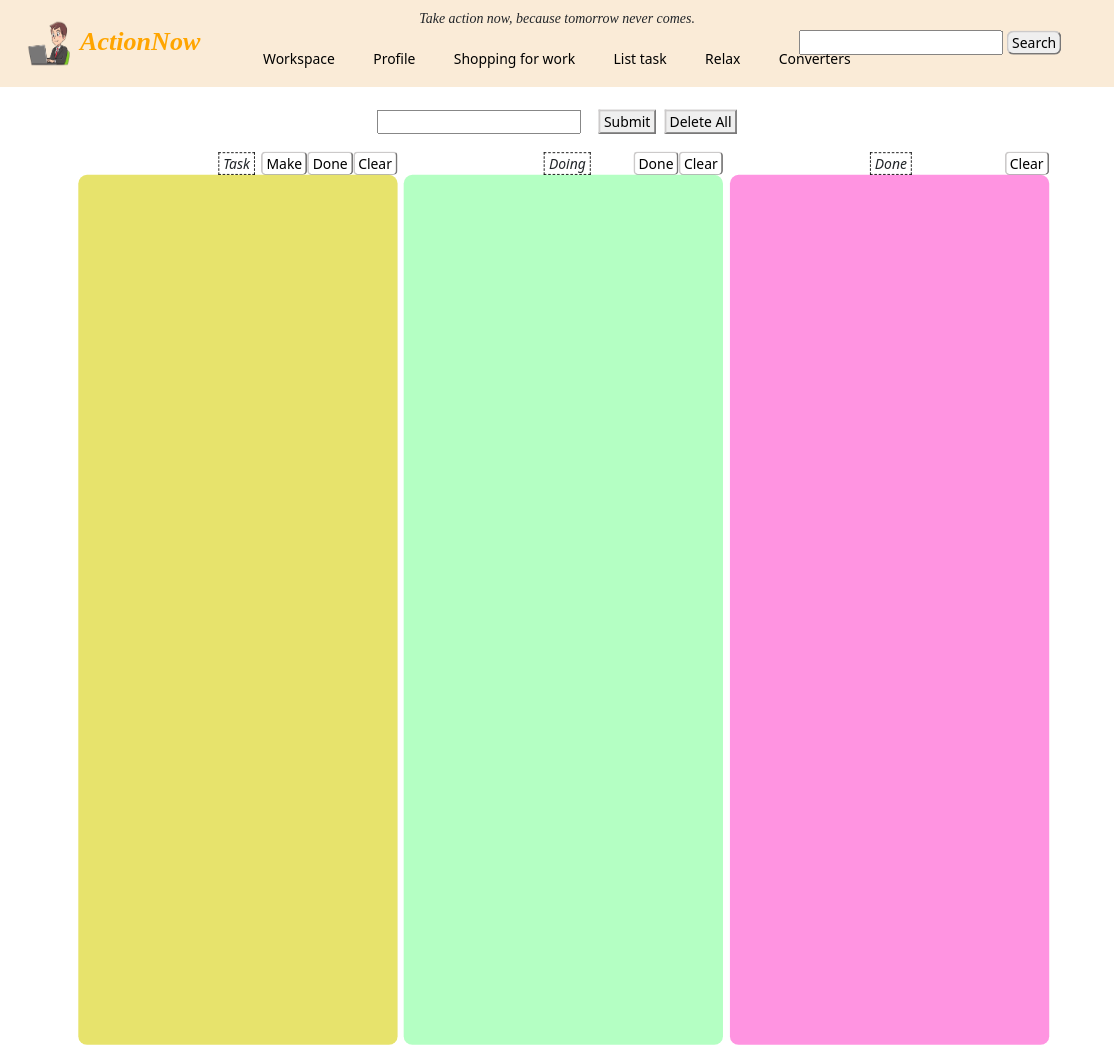
Repository: huavantinh/todo
Page: index.html
The author's editor kept a copy of each file at every save. The page is drawn from the files as they stood at one save, then again after the next save.
The browser window is 1280 px wide. The pictures show the whole page, at 87% of full size.

Above is the page before, as saved 2023-04-18 16:47:05.

### index.html
<!DOCTYPE html>
<html lang="en">

<head>
  <meta charset="UTF-8" />
  <meta http-equiv="X-UA-Compatible" content="IE=edge" />
  <meta name="viewport" content="width=device-width, initial-scale=1.0" />
  <title>Document</title>
  <link rel="stylesheet" href="./css/style.css" />
  <link rel="stylesheet" href="https://cdn.jsdelivr.net/npm/bootstrap@5.2.3/dist/css/bootstrap.min.css"
    integrity="sha384-rbsA2VBKQhggwzxH7pPCaAqO46MgnOM80zW1RWuH61DGLwZJEdK2Kadq2F9CUG65" crossorigin="anonymous" />
</head>

<body>
  <nav class="nav-bar navbar navbar-default">
    <div class="container-fluid">
      <div class="brand">
        <!-- line1top -->
        <img src="./css/img/logo-brand.png" alt="Brand" />
        <i id="i1">ActionNow</i>
        <i id="i2">Take action now, because tomorrow never comes.</i>
        <!-- search  -->
        <div class="search-box">
          <input type="text" />
          <button>Search</button>
        </div>
      </div>
      <!-- menu  -->
      <div class="nav-menu">
        <div class="list-menu">
          <a href="">Workspace</a>
          <a href="">Profile</a>
          <a href="">Shopping for work</a>
          <a href="">List task</a>
          <a href="">Relax</a>
          <a href="">Converters</a>
        </div>
      </div>
    </div>
  </nav>
  <div>

    <div class="container">
      <div class="add">
        <div class="box-add">
          <div class="input-box">
            <input id="input-sub" type="text" />
            <span style="
                  color: #656966;
                  font-size: 10px;
                  position: absolute;
                  bottom: 0;
                  right: 0;
                " class="message" id="new-task-message">Please enter new task!</span>
          </div>

          <button class="submit-bt" id="button-submit" onclick="submit()">Submit</button>
          <button  class="deleteall" id="delete" onclick="deleteAll()">Delete All</button>
          <!-- <button class="checkall" id="checkall" onclick="checkAll(this)">Check All</button> -->
          <!-- <button class="uncheckall" id="uncheckall" onclick="unCheckAll(this)">
            UnCheck All
          </button> -->
        </div>
      </div>
      <div class="table">
        <div class="tasklist col-list">
          <div class="linetitle linetasktitle">
            <i class="title" id="i1"> Task </i>
          <button id="makeall">Make</button>
          <button id="doneall1">Done</button>
          <button id="clear1">Clear</button>
          </div>
          <div id="products" class="col-item col-1"></div>
        </div>

        <div class="doinglist col-list">
          <div class="linetitle linedoingtitle">
            <i class="title" id="i2">Doing</i>
          <button id="doneall2">Done</button>
          <button id="clear2">Clear</button>
          </div>

          <div id="idoing" class="col-item col-2"></div>
        </div>

        <div class="donelist col-list">
          <div class="linetitle linedonetitle">
            <i class="title" id="i3">Done</i>
          <button id="clear3">Clear</button>
          </div>
          <div id="idone" class="col-item col-3"></div>
        </div>

      </div>
    </div>
  </div>
  </div>

  <script src="https://code.jquery.com/jquery-3.6.4.min.js"
    integrity="sha256-oP6HI9z1XaZNBrJURtCoUT5SUnxFr8s3BzRl+cbzUq8=" crossorigin="anonymous"></script>
  <script type="text/javascript" src="https://cdn.jsdelivr.net/npm/bootstrap@5.2.3/dist/js/bootstrap.min.js"></script>
  <script src="./app.js"></script>
</body>

</html>

### css/style.css
    /* resetcss */
    *{
        padding: 0;
        margin: 0;
    }

    button {
        border-radius: 5px;
        border-color: #cccaca;
        padding: 0 4px;
    }

    /* Nav */
    .container-fluid{
        position: fixed;
        top: 0;
        left: 0;
        right: 0;
        z-index: 99999;
        background-color: antiquewhite;
    }


    .brand{
        /* position: relative; */
        display: flex;
        width: 100%;
        height: 50px;
    }
    .nav-menu{
        display: flex;
        justify-content: center;
        width: 100%;
        height: 50px;
        border-radius: 10px;
    }
    .nav-menu .list-menu{
        position: absolute;
        justify-content: center;
        align-items: center;
        margin-top: 5px;
    }
    .nav-menu .list-menu a{
        color: black;
        text-decoration: none;
        font-family: inherit;
        font-weight: 450;
        margin: 0 20px;
    }

    .brand {
        display: flex;
        /* justify-content: center; */
    }
    .brand .search-box{
        position: absolute;
        right: 60px;
        top: 35px;
        /* justify-content: center;
        align-items: center;
        position: absolute;
        right: 0;

        display: flex;
        border: none; */
        /* cursor: pointer; */
    }

    .search-box button {
        border-radius: 8px;

        /* right: 10px; */
    }

    .search-box button:hover {
        background-color:orange;;
        border-radius: 8px;
    }
    .brand img {
        position: relative;
        left: 20px;
        position: relative;
        top: 50%;
        width: 50px;
        height: 50px;
        border-color: orange;
    }
    .brand #i1{
        position: relative;
        left: 20px;
        top: 30%;
        margin: 10px;
        float: left;
        width: 390px;
        max-width: 400px;
        font-size: 30px;
        color: orange;
        font-family: cursive;
        font-weight: 700;
    }

    .brand #i2{
        justify-content: center;
        align-items: center;
        margin: 10px;
        width: 390px;
        max-width: 400px;
        font-family: cursive;
        font-weight: 500;
    }

    body{
        /* position: relative; */
        background-color: #3b3b3b;

        padding-top: 90px;
    }

    .add {
        display: flex;
        justify-content: center;
        align-items: center;
        margin-top: 20px;
        position: relative;

    }

    .box-add {
        display: flex;
        align-items: center;
    }

    .box-add .input-box {
        margin-right: 10px;
    }

    .box-add button {
        margin-left: 10px;
    }

    /* .box-add .input-box .submit-bt {
        position: absolute;
        right: 200px;
    } */


    button#button-submit {
        right: 410px;
    }

    button#checkall {
        right: 335px;
    }
    button#uncheckall {
        right: 240px;
    }
    button#delete {
        right: 163px;
    }

    .message
    {
        display: none;
    }
    .error-message {
        display: inline;;
    }


    /* Task Table  */
    .table {
        display: flex;
        width: 100%;
        position: relative;
    }

    .table .col-list {
        width: 100% / 3;
        margin-top: 20px;
        position: relative;
    }

    .table .linetitle {
        display: flex;
    }

    .table .linetitle .title{
        margin-left: 45%;
    }
    .table button {
        border-radius: 5px;
        border-color: #cccaca;
        padding: 0 4px;
    }
    .table .linetitle button {
        border-radius: 5px;
        border-color: #cccaca;
        padding: 0 4px;
    }


    .table .col-item {
        /* display: flex; */
        float: left;
        width: calc(1116px / 3 - 5px );
        height: 1000px;
        justify-content: center;
        background-color: rgb(231, 227, 108);
        border-radius: 10px;
        margin-left: 7.5px;
    }

    .table .col-2 {
        background-color: rgb(180, 255, 195);
    }

    .table .col-3 {
        background-color: rgb(255, 148, 225);
    }


    .table .col-list i {
        display: block;
        text-align: center;
        margin-bottom: 10px;
        max-width: fit-content;
        margin: auto;
        border: 1.2px dashed black;
        padding: 0 5px;
    }

    .tasklist .col-item {
        float: left;
        border-radius: 10px;
        width: calc(1116px / 3 - 5px );
        justify-content: center;
        display: block;
    }



    .product1 {
        margin-left: 10px;
        border-bottom: 1px solid #636363 ;
        /* height: 30px;  */
        align-items: center;
        display: flex;
        /* flex: auto; */
        /* flex-wrap:wrap; */
    }
    .taskname{
        text-overflow: clip;
        display: block;
        width: 70%;
    }

    .checkbox {
        margin: 0 5px;
        color: aquamarine;
        right: 10px;
        top: 8px;
    }


    .checkbox-item button {
        right: 5px;

    }

    .product1 .delete-item {
        right: 5px;
    }

### app.js
let todos =
  localStorage.length > 0 ? JSON.parse(localStorage.getItem("todolist")) : [];

let idoingsave =
  localStorage.length > 0 ? JSON.parse(localStorage.getItem("idoinglist")) : [];

let idonesave =
  localStorage.length > 0 ? JSON.parse(localStorage.getItem("idonelist")) : [];

function submit() {
  let textBox = document.getElementById("input-sub");
  let content = textBox.value;
  let randId = Math.random();
  document.getElementById("new-task-message").classList.add("error-message");
  if (content == "") {
    onkeydown = function () {
      document
        .getElementById("new-task-message")
        .classList.remove("error-message");
    };
    return;
  } else {
    addContent(content, randId);
    textBox.value = "";

    todos.push(content);
    setstorages();
  }
}

function setstorages() {
  localStorage.length > 0 &&
    localStorage.setItem("todolist", JSON.stringify(todos));
}
function setstorages2() {
  localStorage.length > 0 &&
    localStorage.setItem("idoinglist", JSON.stringify(idoingsave));
}
function setstorages3() {
  localStorage.length > 0 &&
    localStorage.setItem("idonelist", JSON.stringify(idonesave));
}

function addContent(content, randId) {
  document.getElementById("new-task-message").classList.remove("error-message");

  $("#products").append(
    '<div style="color: black" class="producttask product1" id="row' +
      randId +
      '">' +
      '<div class="taskname">' +
      content +
      "</div>" +
      '<div><button class="make" onclick="makedoing(event)"> Make </button></div>' +
      '<div class="checkbox-item"><input id="' +
      '"  class="checkbox" type="checkbox"  onclick="checkItem(event)"/></div> <button class"delete-item" onclick="deleteItem(event)">Delete</button>' +
      "</div>"
  );
}
function addContent2(content, randId) {
  document.getElementById("new-task-message").classList.remove("error-message");

  $("#idoing").append(
    '<div style="color: black" class=" productdoing product1" id="row' +
      randId +
      '">' +
      '<div class="taskname">' +
      content +
      "</div>" +
      '<div class="checkbox-item"><input class="checkbox" type="checkbox"  onclick="checkidoing(event)"/></div> <button class"delete-item" onclick="deleteItemdoing(event)">Delete</button>' +
      "</div>"
  );
}
function addContent3(content, randId) {
  document.getElementById("new-task-message").classList.remove("error-message");

  $("#idone").append(
    '<div style="color: black" class="productdone product1" id="row' +
      randId +
      '">' +
      '<div class="taskname">' +
      content +
      "</div>" +
      '<button class= "  delete-item" onclick="deleteItemdone(event)">Delete</button>' +
      "</div>"
  );
}
// function make all columns
let makebutton = document.getElementById("makeall");
makebutton.addEventListener("click", makecol);
function makecol() {
  idoingsave = idoingsave.concat(todos);
  var products = document.getElementById("products");
  let doings = document.getElementById("idoing");
  while (products.firstChild) {
    doings.appendChild(products.firstChild);
  }
  clearitemscol();
  setstorages2();
}

//functions for doneall1 button
let donebutton = document.getElementById("doneall1");
donebutton.addEventListener("click", doneall);
function doneall() {
  let products = document.getElementById("products");
  let dones = document.getElementById("idone");
  idonesave = idonesave.concat(todos);
  while (products.firstChild) {
    dones.appendChild(products.firstChild);
  }
  clearitemscol();
  setstorages();
  setstorages3();
}

//functions for doneall2 button
let donebutton2 = document.getElementById("doneall2");
donebutton2.addEventListener("click", doneall2);
function doneall2() {
  let doings = document.getElementById("idoing");
  let dones = document.getElementById("idone");
  idonesave = idonesave.concat(idoingsave);
  while (doings.firstChild) {
    dones.appendChild(doings.firstChild);
  }
  clearitemscol2();
  setstorages2();
  setstorages3();
}

// function clearitems in columns
let clearitems = document.getElementById("clear1");
clearitems.addEventListener("click", clearitemscol);
function clearitemscol() {
  var products = document.getElementById("products");
  while (products.firstChild) {
    products.removeChild(products.firstChild);
  }
  console.log(products);
  todos = [];
  console.log(todos);
  setstorages();
}

let clearitem2 = document.getElementById("clear2");
clearitem2.addEventListener("click", clearitemscol2);
function clearitemscol2() {
  var doings = document.getElementById("idoing");
  while (doings.firstChild) {
    doings.removeChild(doings.firstChild);
  }
  idoingsave = [];
  setstorages2();
}

let clearitem3 = document.getElementById("clear3");
clearitem3.addEventListener("click", clearitemscol3);
function clearitemscol3() {
  var dones = document.getElementById("idone");
  while (dones.firstChild) {
    dones.removeChild(dones.firstChild);
  }
  idonesave = [];
  setstorages3();
}

function deleteAll() {
  var products = document.getElementById("products");
  products.innerHTML = "";
}
// function checkAll() {
//   var checkboxes = document.getElementsByClassName("checkbox");
//   for (var checkbox of checkboxes) {
//     checkbox.checked = true;
//     checkbox.closest("div").parentNode.style.color = "red";
//   }
// }
// function unCheckAll() {
//   var checkboxes = document.getElementsByClassName("checkbox");
//   for (var checkbox of checkboxes) {
//     checkbox.checked = false;
//     checkbox.closest("div").parentNode.style.color = "orange";
//   }
// }
var textBox2 = document.getElementById("input-sub");
textBox2.addEventListener("keyup", function (event) {
  if (event.keyCode === 13) {
    submit();
  }
});

function deleteItem(event) {
  var products = document.getElementById("products");
  var arraypro = document.getElementsByClassName("producttask");
  var div = event.currentTarget.parentNode;
  let index1 = Array.prototype.indexOf.call(arraypro, div);
  // let index2 = Array.prototype.indexOf.call(todos2, index1);  ////////check lại function này. không lọc ra được index trong todos
  // console.log(index2)
  todos.splice(index1, 1); // dùng luôn index 1 . vì 2 array giống, index nó giống nhau
  products.removeChild(div);
  setstorages();
}
function deleteItemdoing(event) {
  var doings = document.getElementById("idoing");
  var arraypro = document.getElementsByClassName("productdoing"); //// cần phân biệt 3 cột, tìm arraypro của cột 2
  var div = event.currentTarget.parentNode;
  let index1 = Array.prototype.indexOf.call(arraypro, div);
  // let index2 = Array.prototype.indexOf.call(idoingsave, index1);
  idoingsave.splice(index1, 1);
  doings.removeChild(div);
  setstorages2();
}
function deleteItemdone(event) {
  // debugger
  var dones = document.getElementById("idone");
  var arraypro = document.getElementsByClassName("productdone"); //// cần phân biệt 3 cột, tìm arraypro của cột 3
  var div = event.currentTarget.parentNode;
  let index1 = Array.prototype.indexOf.call(arraypro, div);
  // let index2 = Array.prototype.indexOf.call(idonesave, index1);
  dones.removeChild(div);
  idonesave.splice(index1, 1);

  setstorages3();
}

function checkItem(event) {
  var currenti = event.currentTarget;
  var color = currenti.checked ? "red" : "orange";
  currenti.closest("div").parentNode.style.color = color;
  let div = event.currentTarget.parentNode;
  let div2 = event.currentTarget.parentNode.parentNode;
  // insert to done list
  let content = div2.firstChild.textContent;
  // debugger
  idonesave.push(content);
  let indextext = Array.prototype.indexOf.call(todos, content);
  todos.splice(indextext, 1);
  let randId = Math.random();
  $("#idone").append(
    '<div style="color: black" class="product1 productdone" id="row' +
      randId +
      '">' +
      '<div class="taskname">' +
      content +
      '</div> <button class"delete-item" onclick="deleteItemdone(event)">Delete</button>' +
      "</div>"
  );

  let products = document.getElementById("products");
  products.removeChild(div2);
  setstorages();
  setstorages3();
}

document.addEventListener("DOMContentLoaded", function () {
  // debugger
  if (Array.isArray && todos.length > 0) {
    todos.forEach(function printlocal(content, index) {
      addContent(content, index);
    });
  }
  if (Array.isArray && idoingsave.length > 0) {
    idoingsave.forEach(function printlocal2(content, index) {
      addContent2(content, index);
    });
  }
  if (Array.isArray && idonesave.length > 0) {
    idonesave.forEach(function printlocal3(content, index) {
      addContent3(content, index);
    });
  }
});

// moveitem to done
function makedoing(event) {
  let itemcurrent = event.currentTarget.parentNode.parentNode;
  let listitem = document.getElementsByClassName(" producttask");
  //change object to array
  let listarray = Array.from(listitem);
  //Lấy index của item trong list
  let indexpro = Array.prototype.indexOf.call(listarray, itemcurrent);

  listarray.splice(indexpro, 1);

  let content = itemcurrent.firstChild.textContent;
  let randId = Math.random();
  $("#idoing").append(
    ' <div style="color: black" class="productdoing product1" id="row' +
      randId +
      '">' +
      '<div class="taskname">' +
      content +
      ' </div> <div class="checkbox-item"><input id="' +
      '"  class="checkbox" type="checkbox"   onclick="checkidoing(event)" /></div>' +
      '<button class"delete-item" onclick="deleteItemdoing(event)">Delete</button>' +
      "</div>"
  );
  // debugger

  let products = document.getElementById("products");
  products.removeChild(itemcurrent);
  idoingsave.push(content);

  let indextext = Array.prototype.indexOf.call(todos, content);
  todos.splice(indextext, 1);
  setstorages();

  setstorages2();
}

function checkidoing(event) {
  //change color
  // var currenti = event.currentTarget;
  // var color = currenti.checked ? "red" : "orange";
  // currenti.closest("div").parentNode.style.color = color;
  // let div = event.currentTarget.parentNode;
  let div2 = event.currentTarget.parentNode.parentNode;
  //move colum
  let productdoing = document.getElementsByClassName("productdoing");
  let produclistj = Array.from(productdoing);
  let index1 = Array.prototype.indexOf.call(produclistj, div2);
  produclistj.splice(index1, 1);
  let content = div2.firstChild.textContent;
  let randId = Math.random();
  $("#idone").append(
    '<div style="color: black" class="productdone product1" id="row' +
      randId +
      '">' +
      '<div class="taskname">' +
      content +
      '</div> <button class"delete-item" onclick="deleteItemdone(event)">Delete</button>' +
      "</div>"
  );

  idonesave.push(content);
  let idoing = document.getElementById("idoing");
  idoing.removeChild(div2);
  idoingsave.splice(index1, 1);
  setstorages2();
  setstorages3();
}
console.log(todos);
console.log(idoingsave);
console.log(idonesave);

After the next save:
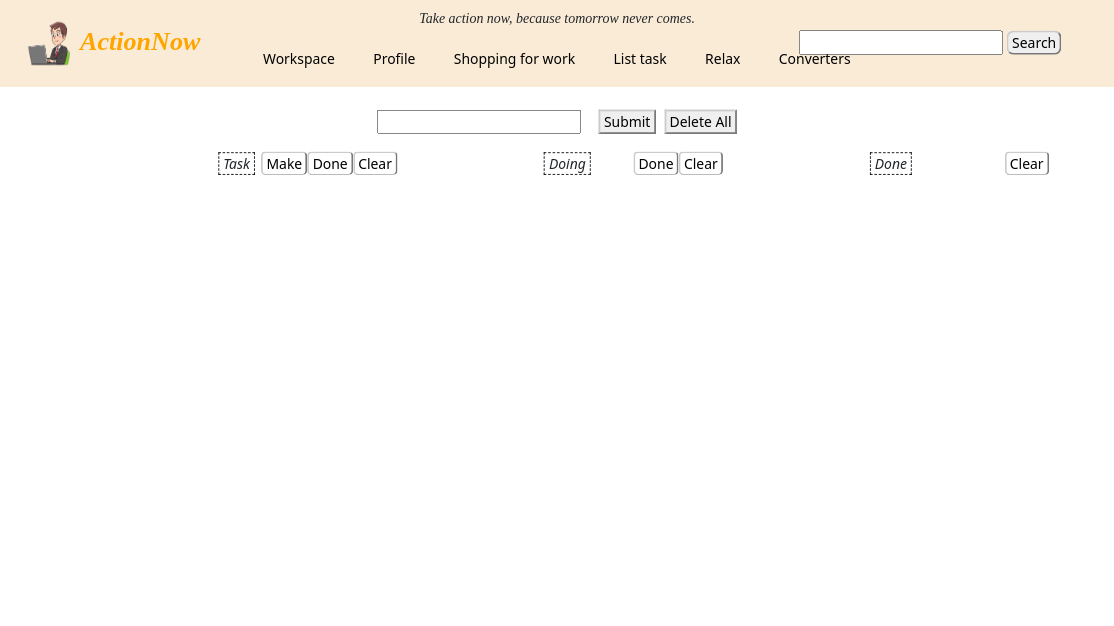
Saved 2 min 53 s later.
--- a/css/style.css
+++ b/css/style.css
@@ -203,7 +203,7 @@
         /* display: flex; */
         float: left;
         width: calc(1116px / 3 - 5px );
-        height: 1000px;
+        height: auto;
         justify-content: center;
         background-color: rgb(231, 227, 108);
         border-radius: 10px;
